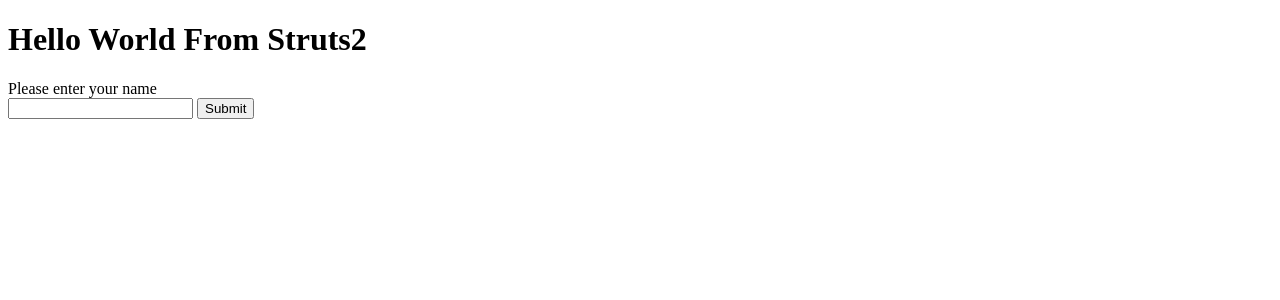
Repository: rling3/StrutsPractice
Page: http://localhost/HelloWorldStruts2/
The author's editor kept a copy of each file at every save. The page is drawn from the files as they stood at one save, then again after the next save.
The browser window is 1280 px wide. The pictures show the whole page.
The page is served by Tomcat 9. Other server files are loaded and not shown.

Above is the page before, as saved 2015-10-20 14:56:23.

### HelloWorldStruts2/WebContent/index.jsp
<%@ page language="java" contentType="text/html; charset=UTF-8"
    pageEncoding="UTF-8"%>
<!DOCTYPE html PUBLIC "-//W3C//DTD HTML 4.01 Transitional//EN" "http://www.w3.org/TR/html4/loose.dtd">
<html>
<head>
<meta http-equiv="Content-Type" content="text/html; charset=UTF-8">
<title>Hello World</title>
</head>
<body>
   <h1>Hello World From Struts2</h1>
	<form action="hello">
		<label for="name">Please enter your name</label><br/>
		<input type="text" name="name"/>
		<input type="submit" text="Say Hello"/>
	</form>
</body>
</html>

After the next save:
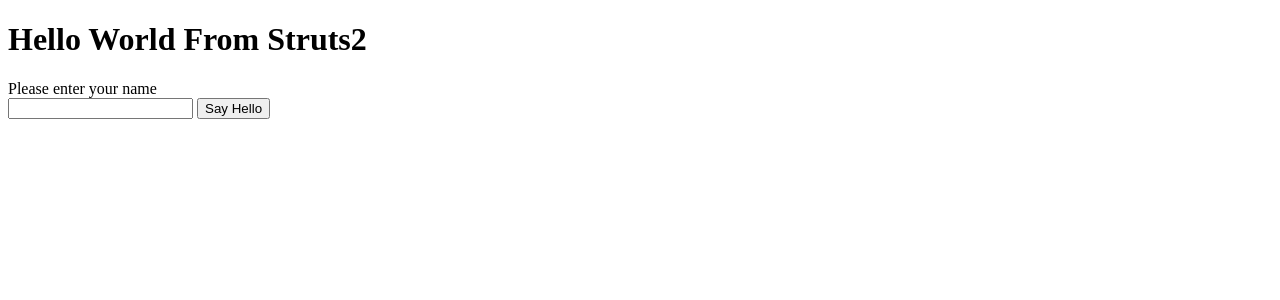
Saved 8 s later.
--- a/HelloWorldStruts2/WebContent/index.jsp
+++ b/HelloWorldStruts2/WebContent/index.jsp
@@ -11,7 +11,7 @@
 	<form action="hello">
 		<label for="name">Please enter your name</label><br/>
 		<input type="text" name="name"/>
-		<input type="submit" text="Say Hello"/>
+		<input type="submit" value="Say Hello"/>
 	</form>
 </body>
 </html>
